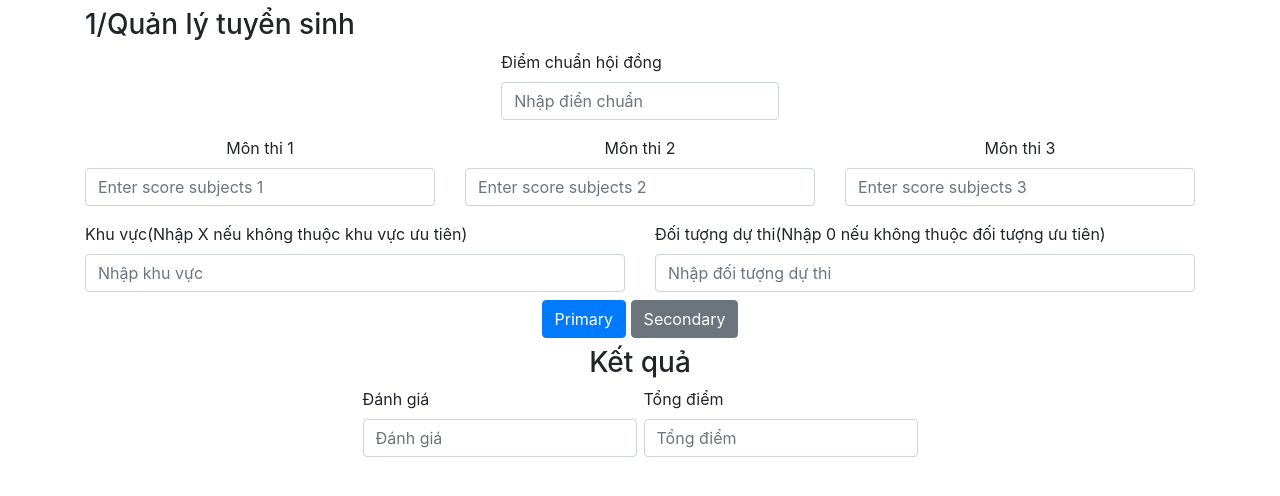
Repository: baobaodeveloper/bootcamp21__jsbasic4_HuynhAnhBao
Page: index.html
An editor plug-in stored every save of this project. The page is shown before and after the next save, followed by the edit.
The browser window is 1280 px wide. The pictures show the whole page.

Above is the page before, as saved 2022-03-13 17:57:17.

### index.html
<!DOCTYPE html>
<html lang="en">
  <head>
    <title>Exercise3</title>
    <!-- Required meta tags -->
    <meta charset="utf-8" />
    <meta
      name="viewport"
      content="width=device-width, initial-scale=1, shrink-to-fit=no"
    />

    <!-- Bootstrap CSS -->
    <link
      rel="stylesheet"
      href="https://stackpath.bootstrapcdn.com/bootstrap/4.3.1/css/bootstrap.min.css"
      integrity="sha384-ggOyR0iXCbMQv3Xipma34MD+dH/1fQ784/j6cY/iJTQUOhcWr7x9JvoRxT2MZw1T"
      crossorigin="anonymous"
    />
  </head>
  <body>
    <!-- 1/Quản lý tuyển sinh -->
    <div class="container mt-2">
      <h3>1/Quản lý tuyển sinh</h3>

      <div class="mb-3 w-25 m-auto">
        <label>Điểm chuẩn hội đồng</label>
        <input
          type="email"
          class="form-control"
          id="score"
          placeholder="Nhập điển chuẩn"
        />
      </div>

      <div class="row mt-3 text-center">
        <div class="col">
          <label class="score">Môn thi 1</label>
          <input
            type="text"
            class="form-control"
            id="score1"
            placeholder="Enter score subjects 1"
          />
        </div>
        <div class="col">
          <label class="score">Môn thi 2</label>
          <input
            type="text"
            class="form-control"
            id="score2"
            placeholder="Enter score subjects 2"
          />
        </div>
        <div class="col">
          <label class="score">Môn thi 3</label>
          <input
            type="text"
            class="form-control"
            id="score3"
            placeholder="Enter score subjects 3"
          />
        </div>
      </div>

      <div class="row mt-3">
        <div class="col">
          <label>Khu vực(Nhập X nếu không thuộc khu vực ưu tiên)</label>
          <input
            type="text"
            class="form-control"
            placeholder="Nhập khu vực"
            id="area"
          />
        </div>
        <div class="col">
          <label
            >Đối tượng dự thi(Nhập 0 nếu không thuộc đối tượng ưu tiên)</label
          >
          <input
            type="text"
            class="form-control"
            placeholder="Nhập đối tượng dự thi"
            id="object"
          />
        </div>
      </div>

      <div class="text-center mt-2">
        <button type="button" class="btn btn-primary" id="scoreBtn">
          Primary
        </button>
        <button type="button" class="btn btn-secondary" id="score-btn-again">
          Secondary
        </button>
      </div>

      <h3 class="text-center mt-2">Kết quả</h3>

      <div class="mb-3 w-50 d-flex m-auto justify-content-between">
        <div>
          <label class="score">Đánh giá</label>
          <input type="email" class="form-control" placeholder="Đánh giá" />
        </div>

        <div>
          <label class="score">Tổng điểm</label>
          <input type="email" class="form-control" placeholder="Tổng điểm" />
        </div>
      </div>
    </div>
    <!-- Optional JavaScript -->
    <!-- jQuery first, then Popper.js, then Bootstrap JS -->
    <script
      src="https://code.jquery.com/jquery-3.3.1.slim.min.js"
      integrity="sha384-q8i/X+965DzO0rT7abK41JStQIAqVgRVzpbzo5smXKp4YfRvH+8abtTE1Pi6jizo"
      crossorigin="anonymous"
    ></script>
    <script
      src="https://cdnjs.cloudflare.com/ajax/libs/popper.js/1.14.7/umd/popper.min.js"
      integrity="sha384-UO2eT0CpHqdSJQ6hJty5KVphtPhzWj9WO1clHTMGa3JDZwrnQq4sF86dIHNDz0W1"
      crossorigin="anonymous"
    ></script>
    <script
      src="https://stackpath.bootstrapcdn.com/bootstrap/4.3.1/js/bootstrap.min.js"
      integrity="sha384-JjSmVgyd0p3pXB1rRibZUAYoIIy6OrQ6VrjIEaFf/nJGzIxFDsf4x0xIM+B07jRM"
      crossorigin="anonymous"
    ></script>

    <script src="exercise1.js"></script>
  </body>
</html>

Loaded but not shown: exercise1.js (no stored copy; drawn as an empty file)

After the next save:
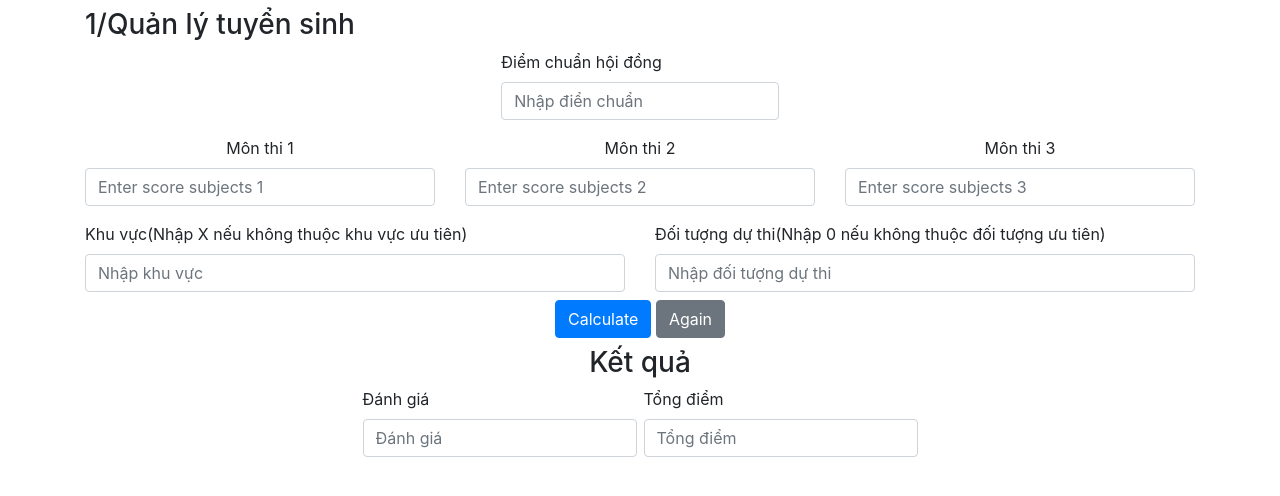
Saved 14 s later.
--- a/index.html
+++ b/index.html
@@ -87,10 +87,10 @@
 
       <div class="text-center mt-2">
         <button type="button" class="btn btn-primary" id="scoreBtn">
-          Primary
+          Calculate
         </button>
         <button type="button" class="btn btn-secondary" id="score-btn-again">
-          Secondary
+          Again
         </button>
       </div>
 
